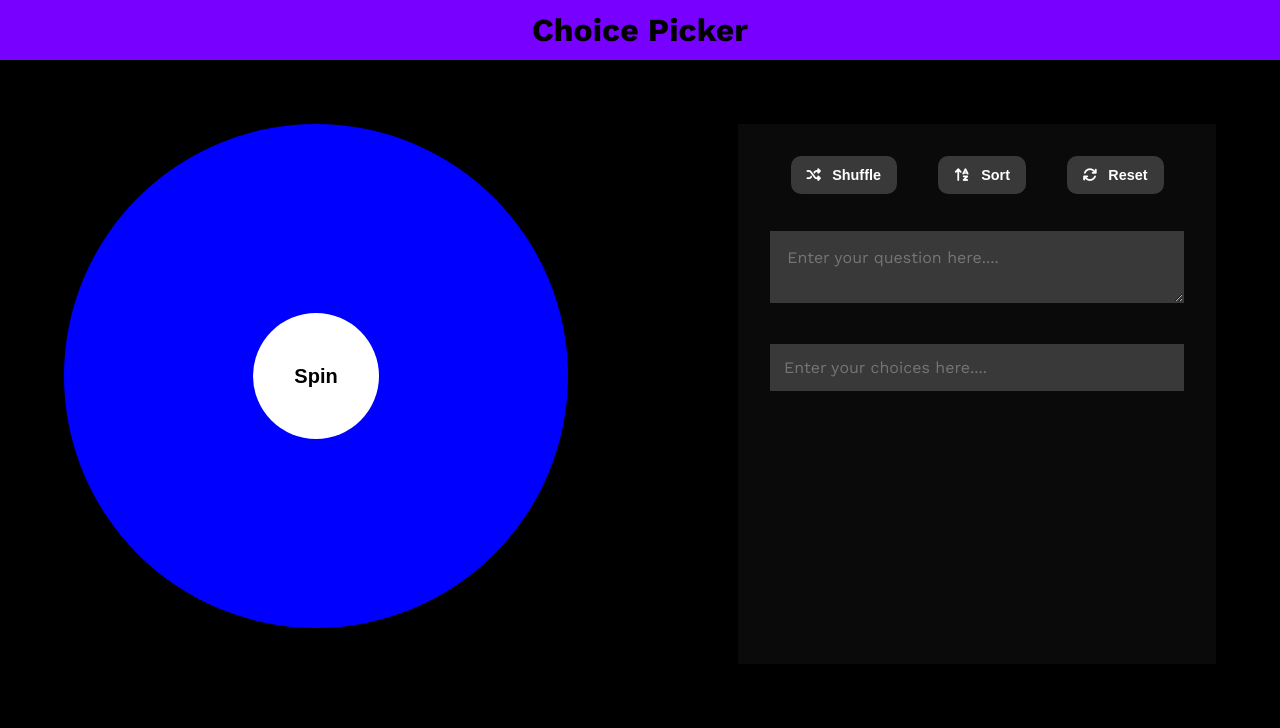
Repository: emiliaiwu/choice_wheel_spinner
Page: index.html
The author's editor kept a copy of each file at every save. The page is drawn from the files as they stood at one save, then again after the next save.
The browser window is 1280 px wide. The pictures show the whole page.
Some web libraries are served in a nearby version.

Above is the page before, as saved 2023-01-10 01:28:13.

After the next save:
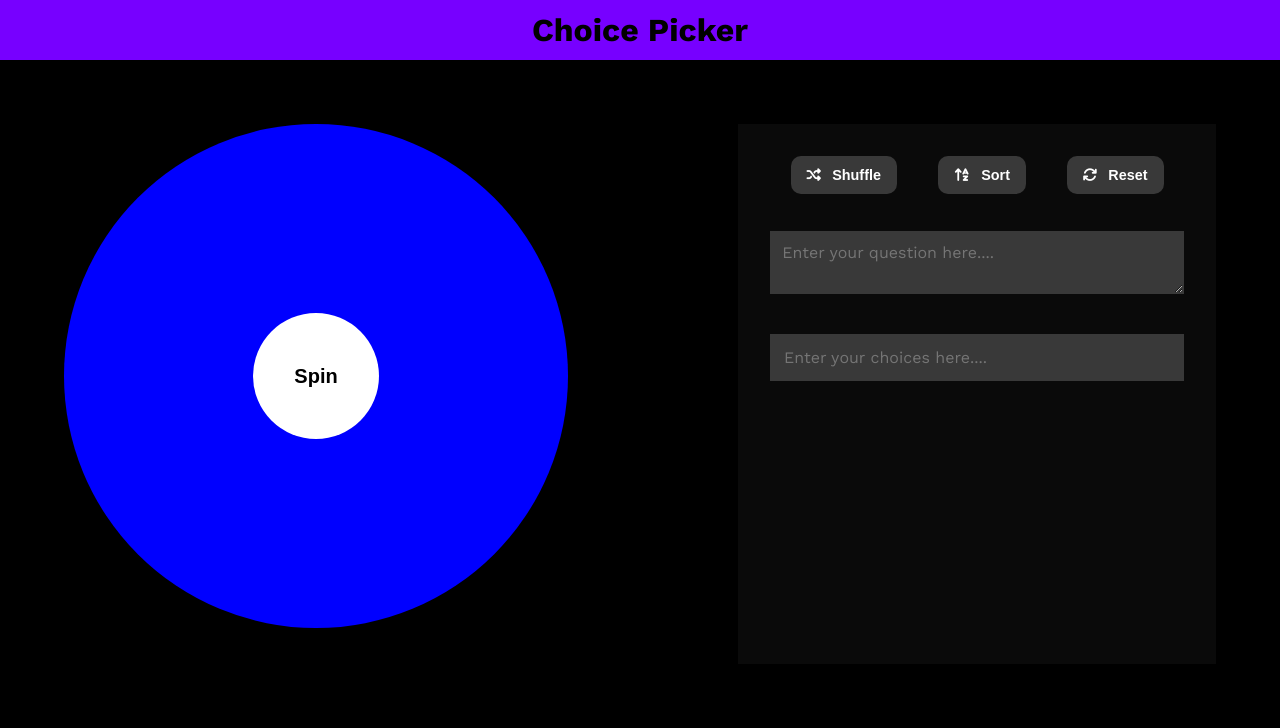
Saved 13 s later.
--- a/style.css
+++ b/style.css
@@ -110,7 +110,7 @@ label {
 
 
 textarea {
-    padding: 1rem;
+    padding: .7rem;
     width: 100%;
     font-size: 1rem;
     border: 1px solid #393939;
